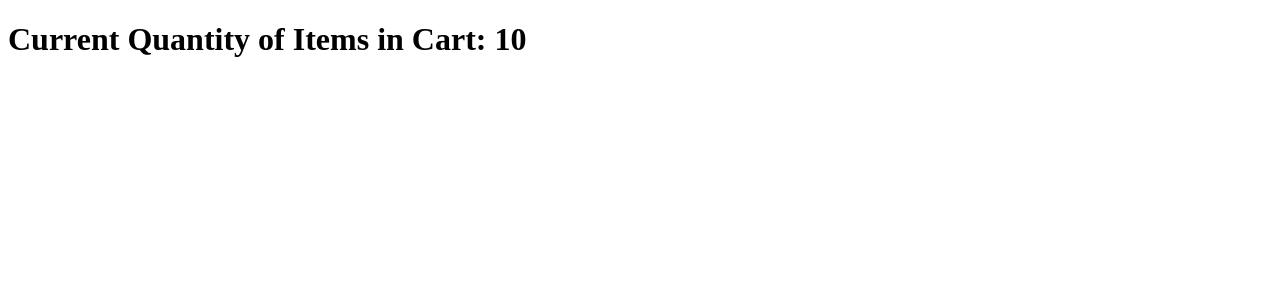
Repository: glgeorgiou/100-days-of-code-projects
Page: Front End Libraries Certification/4.React/18.use-props-to-define-the-props-you-expect.html
An editor plug-in stored every save of this project. The page is shown before and after the next save, followed by the edit.
The browser window is 1280 px wide. The pictures show the whole page.
Some web libraries are served in a nearby version.

Above is the page before, as saved 2019-06-04 16:56:24.

### Front End Libraries Certification/4.React/18.use-props-to-define-the-props-you-expect.html
<!DOCTYPE html>
<html lang="en">
<head>
    <meta charset="UTF-8">
    <meta name="viewport" content="width=device-width, initial-scale=1.0">
    <meta http-equiv="X-UA-Compatible" content="ie=edge">
    <title>React - Override Default Props</title>

</head>
<body>


    <!-- Load React. -->
    <!-- Note: when deploying, replace "development.js" with "production.min.js". -->
    <script src="https://unpkg.com/react@16/umd/react.development.js" crossorigin></script>
    <script src="https://unpkg.com/react-dom@16/umd/react-dom.development.js" crossorigin></script>
    <script src="https://unpkg.com/babel-standalone@6/babel.min.js"></script>

    <div id="challenge-node"></div>

    <!--   -->
    <script type="text/babel">
        const Items = (props) => {
            return <h1>Current Quantity of Items in Cart: {props.quantity}</h1>
        }

        Items.defaultProps = {
            quantity: 0
        }

        class ShoppingCart extends React.Component {
            constructor(props) {
                super(props);
            }
            render() {
                { /* change code below this line */ }
                return <Items quantity={10}/>
                { /* change code above this line */ }
            }
        };
        ReactDOM.render(<ShoppingCart />,document.getElementById('challenge-node'));
    </script>
</body>
</html>

After the next save:
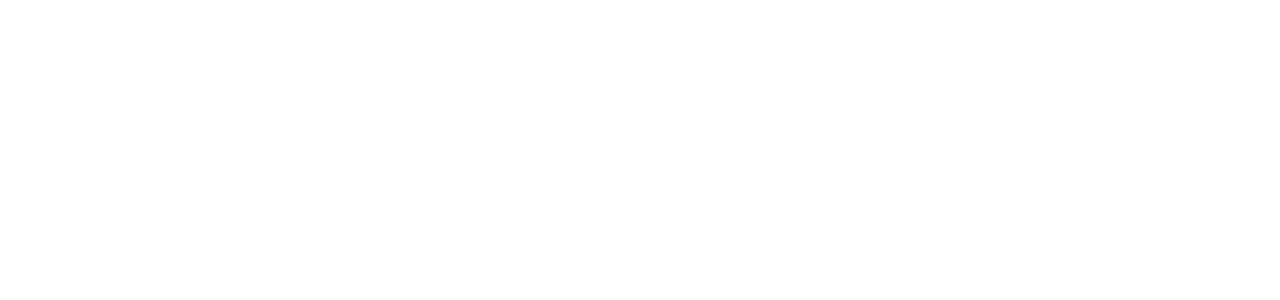
Console error: ReferenceError: ShoppingCart is not defined
Saved 15 s later.
--- a/Front End Libraries Certification/4.React/18.use-props-to-define-the-props-you-expect.html
+++ b/Front End Libraries Certification/4.React/18.use-props-to-define-the-props-you-expect.html
@@ -4,7 +4,7 @@
     <meta charset="UTF-8">
     <meta name="viewport" content="width=device-width, initial-scale=1.0">
     <meta http-equiv="X-UA-Compatible" content="ie=edge">
-    <title>React - Override Default Props</title>
+    <title>React - Use PropTypes to Define the Props You Expect</title>
 
 </head>
 <body>
@@ -20,25 +20,8 @@
 
     <!--   -->
     <script type="text/babel">
-        const Items = (props) => {
-            return <h1>Current Quantity of Items in Cart: {props.quantity}</h1>
-        }
 
-        Items.defaultProps = {
-            quantity: 0
-        }
-
-        class ShoppingCart extends React.Component {
-            constructor(props) {
-                super(props);
-            }
-            render() {
-                { /* change code below this line */ }
-                return <Items quantity={10}/>
-                { /* change code above this line */ }
-            }
-        };
-        ReactDOM.render(<ShoppingCart />,document.getElementById('challenge-node'));
+       ReactDOM.render(<ShoppingCart />,document.getElementById('challenge-node'));
     </script>
 </body>
 </html>

After the 2 saves that followed:
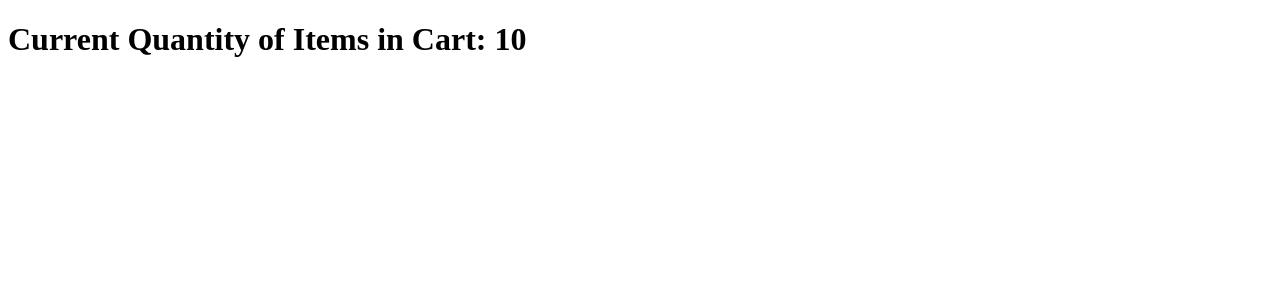
The error is gone.
The 2 saves are shown as one change because 1 left the picture as it was.
The last was saved 12 min 37 s later.
--- a/Front End Libraries Certification/4.React/18.use-props-to-define-the-props-you-expect.html
+++ b/Front End Libraries Certification/4.React/18.use-props-to-define-the-props-you-expect.html
@@ -18,9 +18,30 @@
 
     <div id="challenge-node"></div>
 
-    <!--   -->
+    <!--
+        Syntax:
+        itemName.propTypes = {
+            props: PropTypes.dataType.isRequired
+        };
+      -->
     <script type="text/babel">
+       const Items = (props) => {
+          return <h1>Current Quantity of Items in Cart: {props.quantity}</h1>
+        };
 
+
+        Items.defaultProps = {
+          quantity: 0
+        };
+
+        class ShoppingCart extends React.Component {
+           constructor(props) {
+                super(props);
+            }
+            render() {
+                return <Items quantity={10}/>
+            }
+        };
        ReactDOM.render(<ShoppingCart />,document.getElementById('challenge-node'));
     </script>
 </body>
